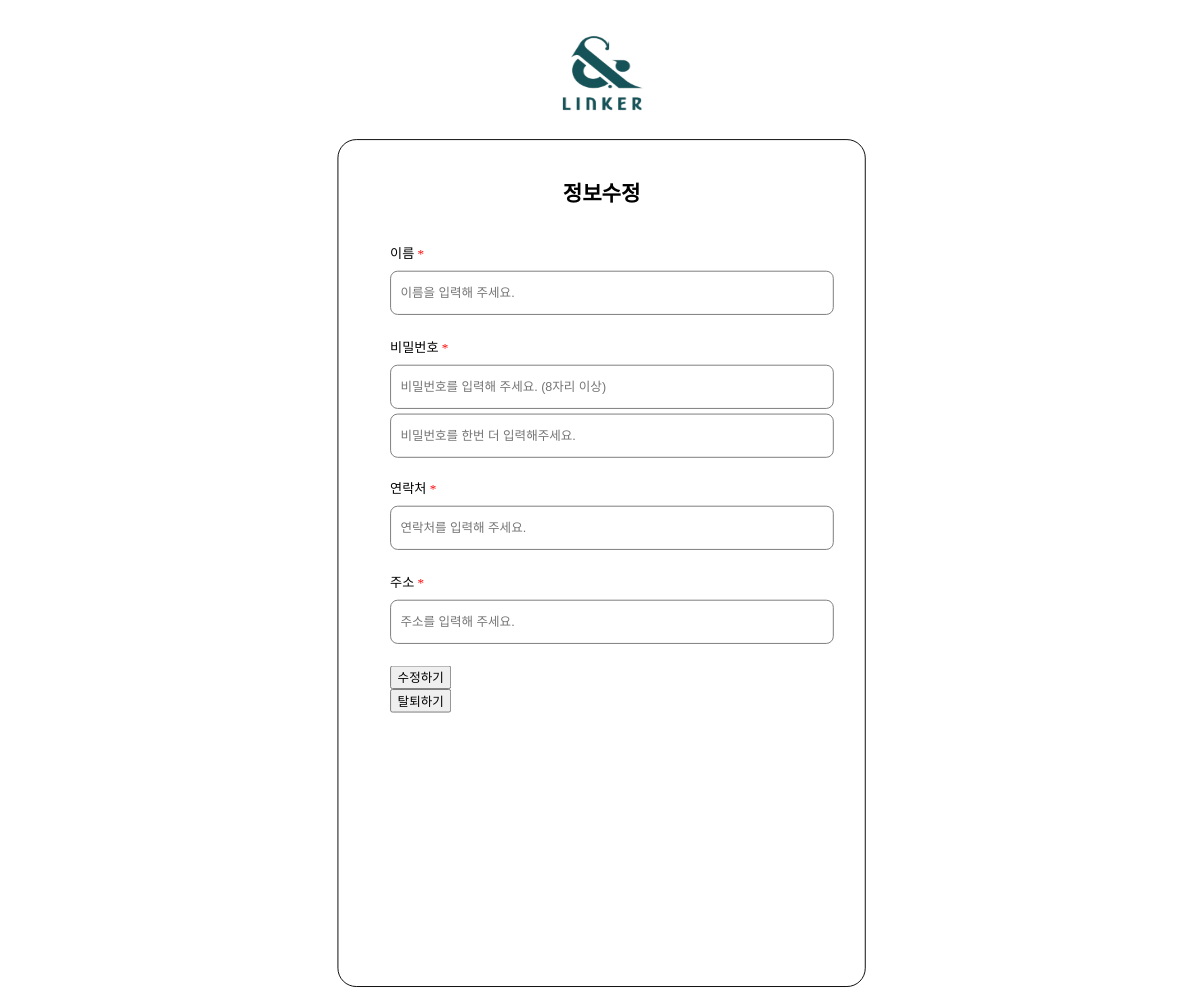
Repository: soomseting/let_me_go
Page: http://localhost/LINKER_re/jsp/main/user_update.jsp
An editor plug-in stored every save of this project. The page is shown before and after the next save, followed by the edit.
The browser window is 1280 px wide. The pictures show the whole page, at 94% of full size.
The page is served by Tomcat 9.

Above is the page before, as saved 2025-03-24 08:19:16.
Console error: TypeError: Cannot set properties of null (setting 'onclick')

After the next save:
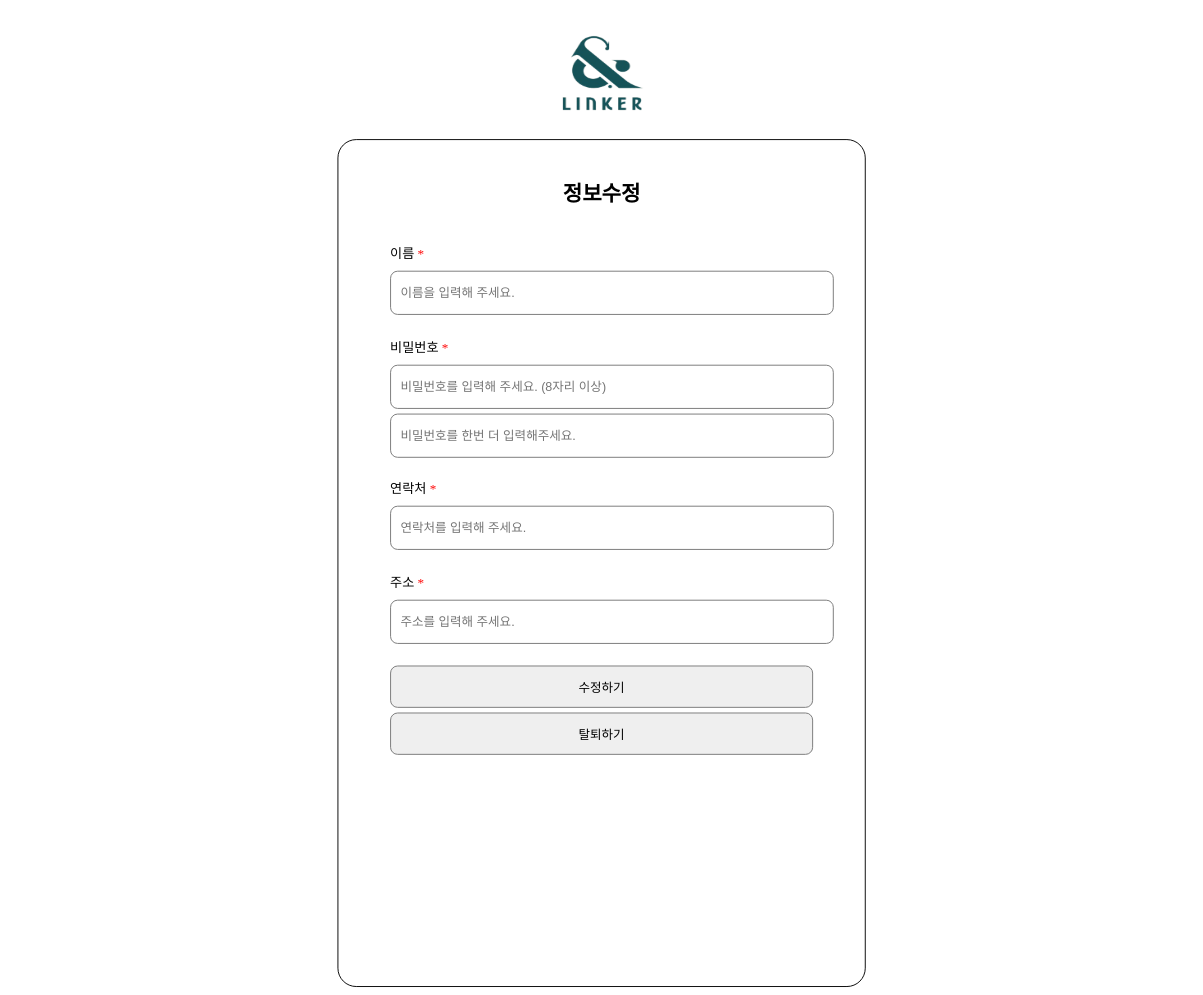
Saved 20 s later.
--- a/LINKER_re/src/main/webapp/css/sign_up.css
+++ b/LINKER_re/src/main/webapp/css/sign_up.css
@@ -23,4 +23,4 @@
 .su_flex{display: flex; align-items: center;}
 .su_flex input{width: 20px;height: 20px;}
 
-.su_input button{}
+.su_input button{width: 450px;height: 45px; border-radius: 8px; border: 1px solid #777;margin-bottom: 5px;}
